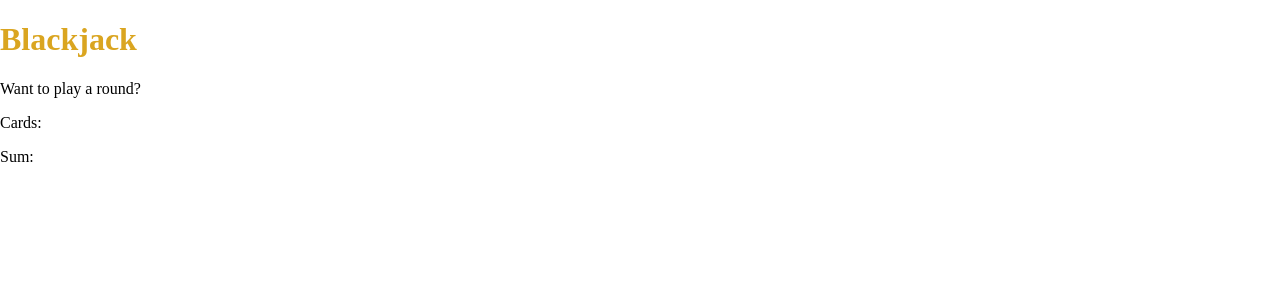
Repository: jt010051/JavaScriptBlackJack
Page: index.html
An editor plug-in stored every save of this project. The page is shown before and after the next save, followed by the edit.
The browser window is 1280 px wide. The pictures show the whole page.

Above is the page before, as saved 2022-02-26 17:41:18.

After the next save:
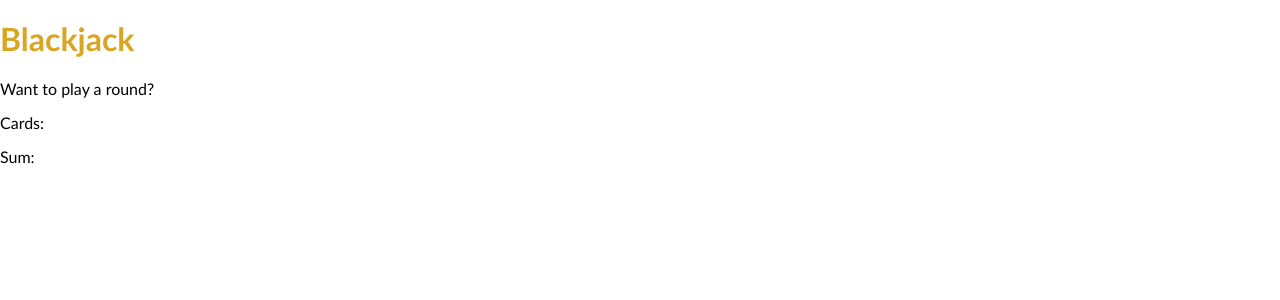
Saved 2 min 6 s later.
--- a/index.css
+++ b/index.css
@@ -1,7 +1,7 @@
 /* Complete the CSS styling according to the provided design */
 
 body {
-
+  font-family: 'Trebuchet MS', 'Lucida Sans Unicode', 'Lucida Grande', 'Lucida Sans', Arial, sans-serif;
 }
 
 h1 {
